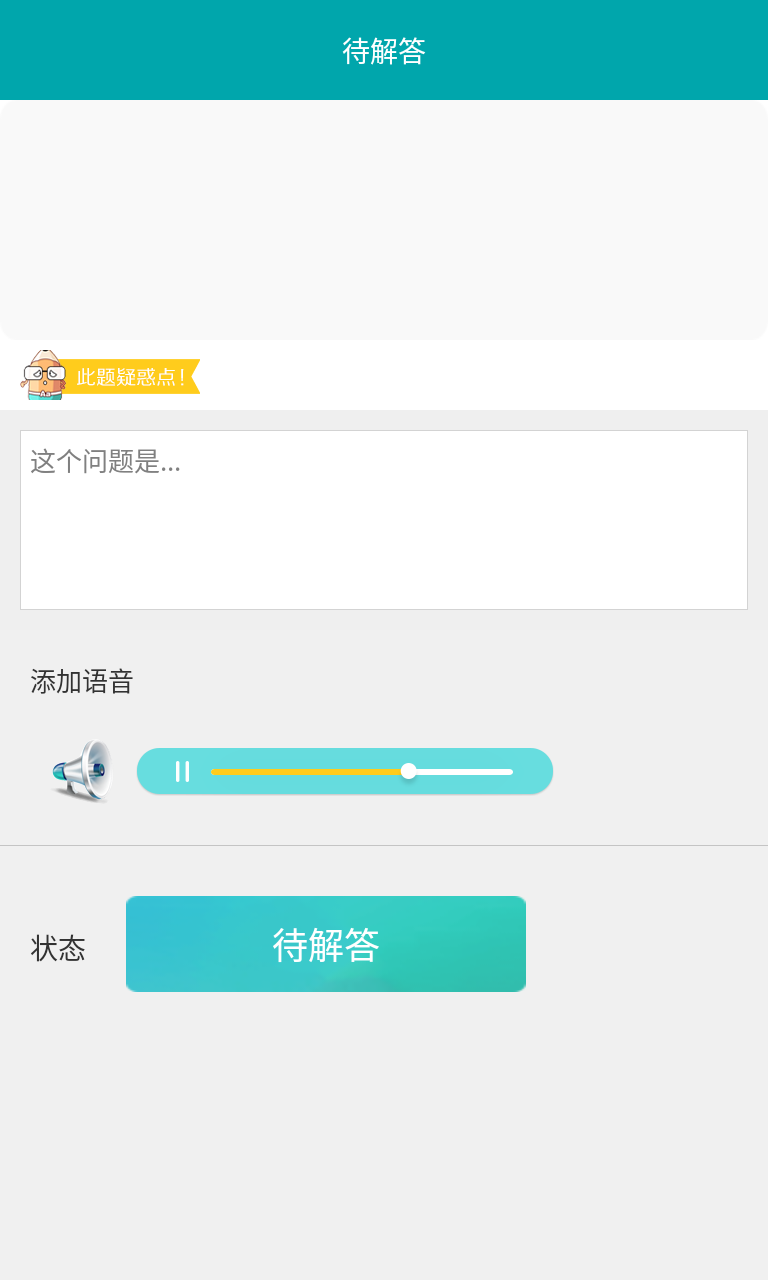
Repository: 2015-Forever/JWD
Layout: Jwd/res/layout/activity_un_answer.xml
An editor plug-in stored every save of this project. The layout is shown before and after the next save, followed by the edit.
It is drawn on a 768 x 1280 px phone screen (xhdpi) without system bars, with theme AppTheme; the app's code is not run.

Above is the layout before, as saved 2015-07-16 06:15:30.

After the next save:
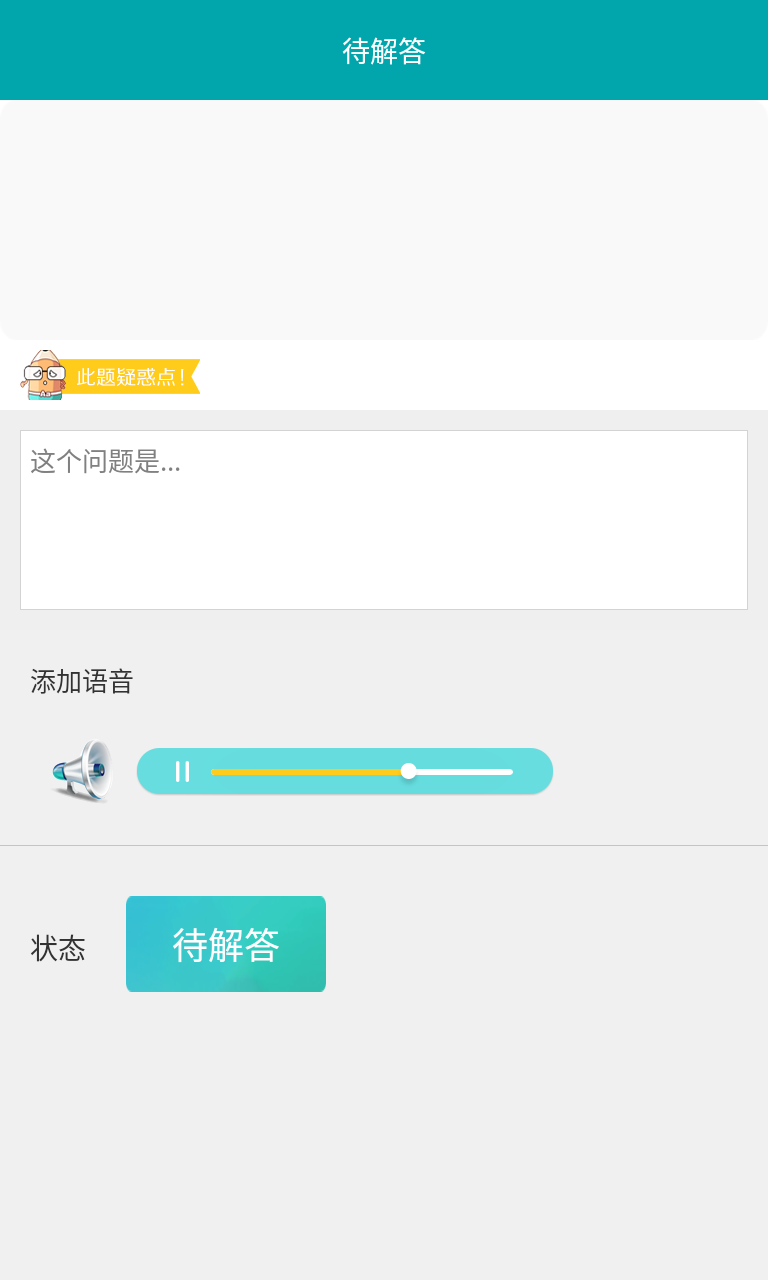
Saved 13 s later.
--- a/Jwd/res/layout/activity_un_answer.xml
+++ b/Jwd/res/layout/activity_un_answer.xml
@@ -114,7 +114,7 @@
                 android:text="状态" />
 
             <Button
-                android:layout_width="200dp"
+                android:layout_width="wrap_content"
                 android:layout_height="wrap_content"
                 android:layout_marginLeft="20dp"
                 android:background="@drawable/no_answer_button"
